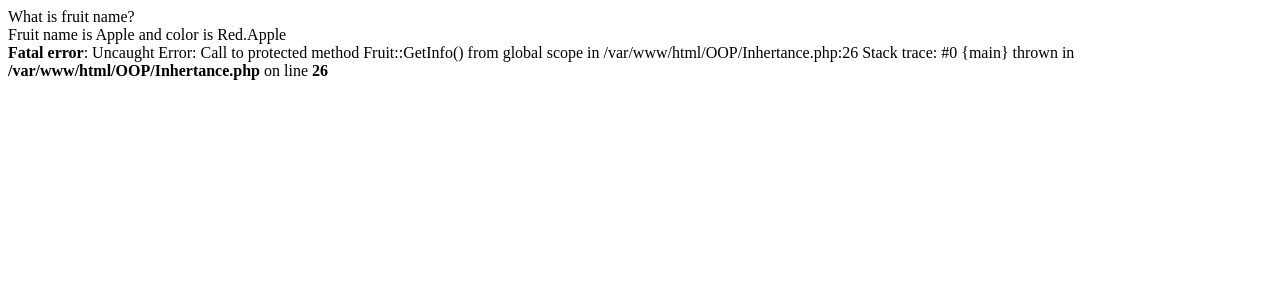
Repository: zinminkhantoo/assignment01
Page: http://localhost/OOP/Inhertance.php
The author's editor kept a copy of each file at every save. The page is drawn from the files as they stood at one save, then again after the next save.
The browser window is 1280 px wide. The pictures show the whole page.
The page is run by PHP 8.4 with error messages shown; the project is at /var/www/html/.

Above is the page before, as saved 2020-04-09 06:23:32.

### Test/OOP/Inhertance.php
<?php
class Fruit{
    public $fruit;
    public $color;
    function __construct($name, $color) {
        $this->fruit = $name;
        $this->color = $color;
    }
    protected function GetInfo() {
        echo "Fruit name is ".$this->fruit." and color is ".$this->color.".";
    }
}

class Apple extends Fruit {
    function Name() {
        echo "What is fruit name?</br>";
        $this->GetInfo();

    }

}

$apple = new Apple("Apple","Red");
$apple->Name();
echo $apple->fruit;     //Access Public Modifier
$apple->GetInfo();      //Cannot Access protected Modifier
?>

After the next save:
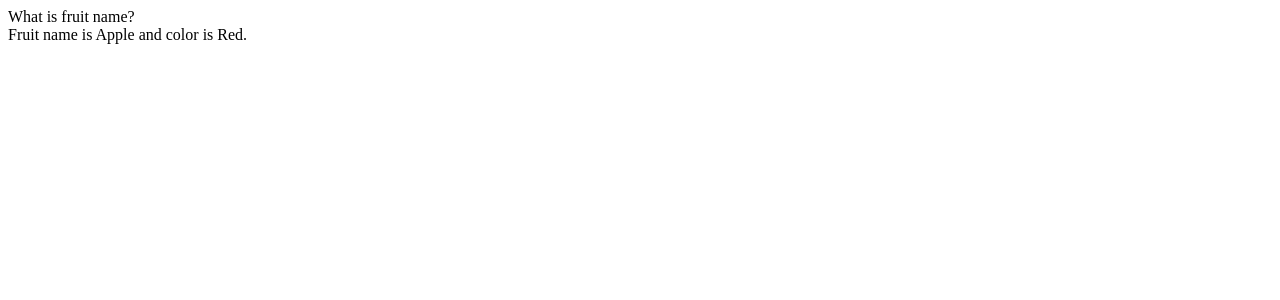
Saved 10 s later.
--- a/Test/OOP/Inhertance.php
+++ b/Test/OOP/Inhertance.php
@@ -22,6 +22,6 @@ class Apple extends Fruit {
 
 $apple = new Apple("Apple","Red");
 $apple->Name();
-echo $apple->fruit;     //Access Public Modifier
-$apple->GetInfo();      //Cannot Access protected Modifier
+// echo $apple->fruit;     //Access Public Modifier
+// $apple->GetInfo();      //Cannot Access protected Modifier
 ?>
